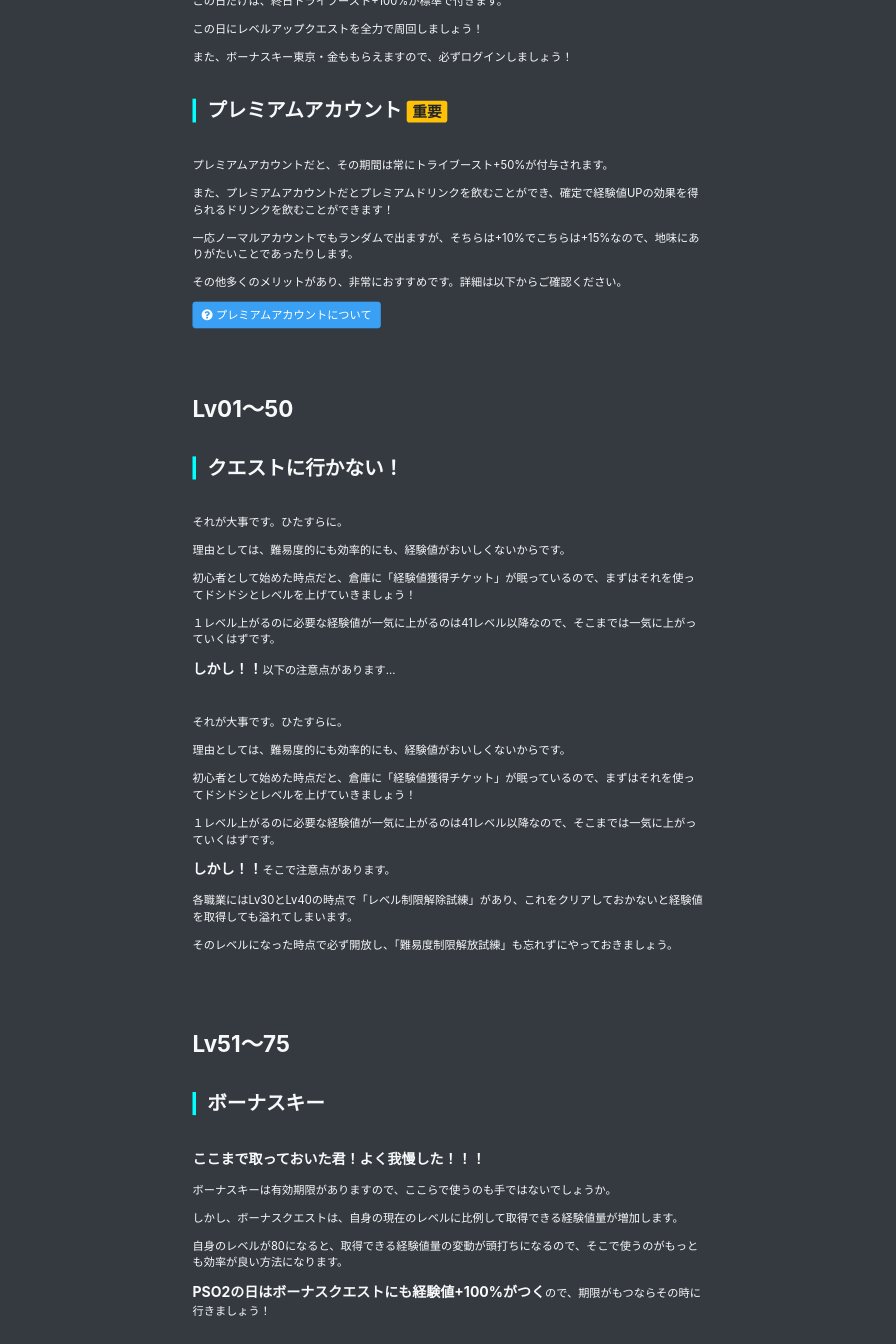
Repository: milkyahonpo/Website_source
Page: docs/capture.html
The author's editor kept a copy of each file at every save. The page is drawn from the files as they stood at one save, then again after the next save.
The browser window is 1280 px wide. The pictures show the part of the page from y = 4580 to 6500 px (the page is 9812 px tall before and 9894 px after), at 70% of full size.
Some web libraries are served in a nearby version.

Above is the page before, as saved 2020-01-24 10:02:46.

After the next save:
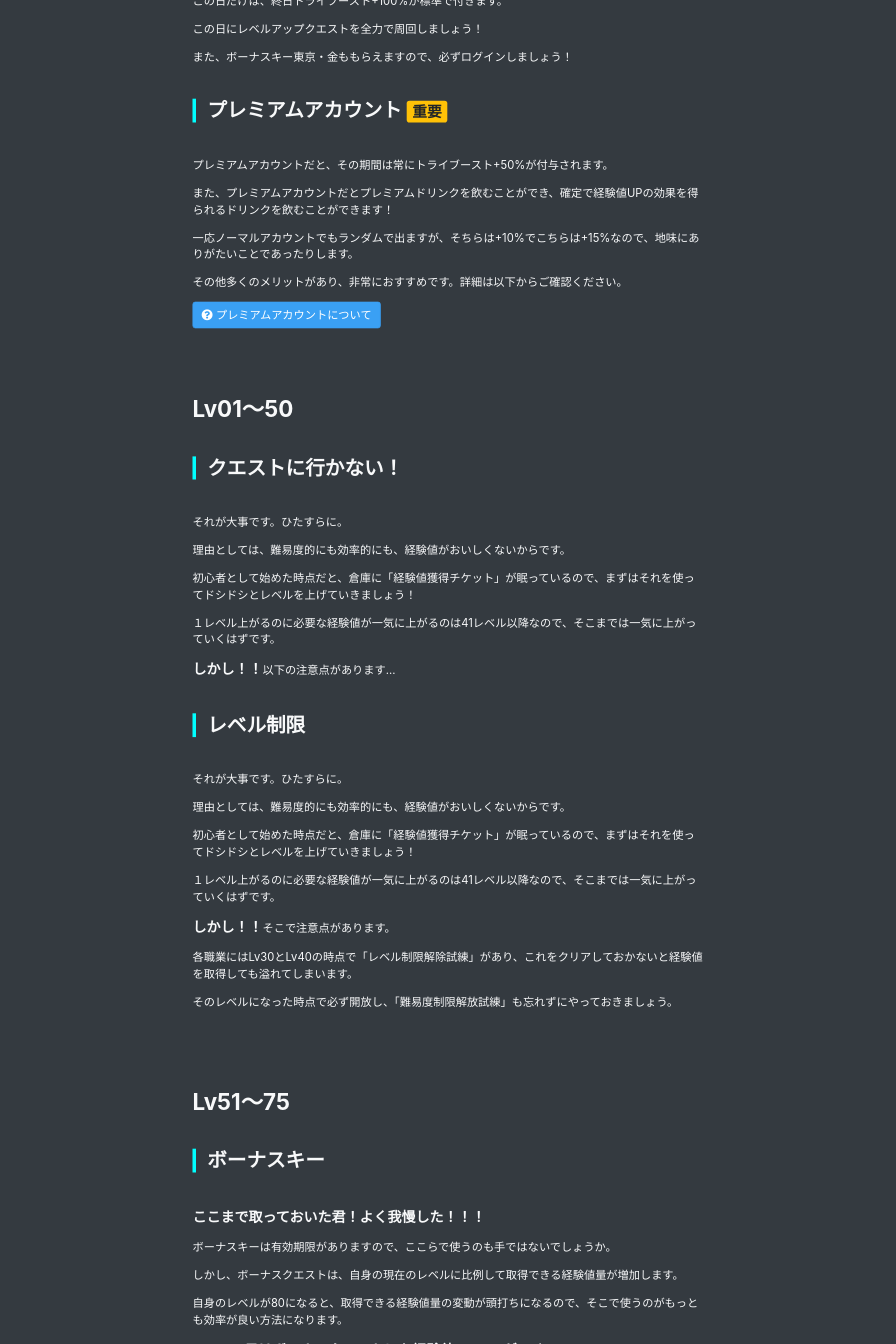
Saved 21 s later.
--- a/docs/capture.html
+++ b/docs/capture.html
@@ -163,7 +163,7 @@
           <p>初心者として始めた時点だと、倉庫に「経験値獲得チケット」が眠っているので、まずはそれを使ってドシドシとレベルを上げていきましょう！</p>
           <p>１レベル上がるのに必要な経験値が一気に上がるのは41レベル以降なので、そこまでは一気に上がっていくはずです。</p>
           <p><strong class="lead font-weight-bold">しかし！！</strong>以下の注意点があります...</p>
-          <h3 class="my-5 pl-3"><strong class="font-weight-bold"></strong></h3>
+          <h3 class="my-5 pl-3"><strong class="font-weight-bold">レベル制限</strong></h3>
           <p>それが大事です。ひたすらに。</p>
           <p>理由としては、難易度的にも効率的にも、経験値がおいしくないからです。</p>
           <p>初心者として始めた時点だと、倉庫に「経験値獲得チケット」が眠っているので、まずはそれを使ってドシドシとレベルを上げていきましょう！</p>
